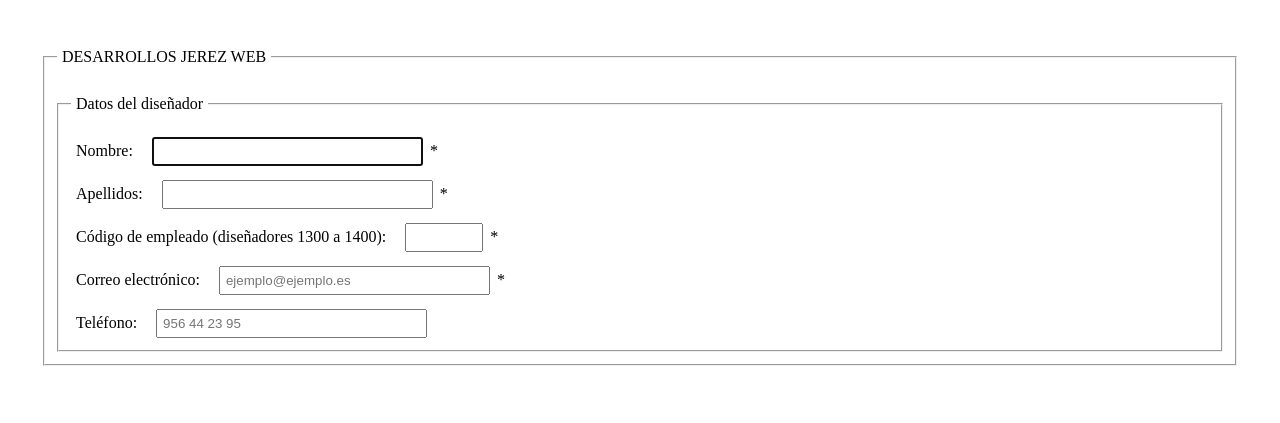
Repository: iSaan86/EV_Practica_FormularioCSS
Page: index.html
These files come from the project's save history. The page is drawn as it stood at one moment and after the next save; the edit follows.
The browser window is 1280 px wide. The pictures show the whole page.

Above is the page before, as saved 2024-01-11 16:44:59.

After the next save:
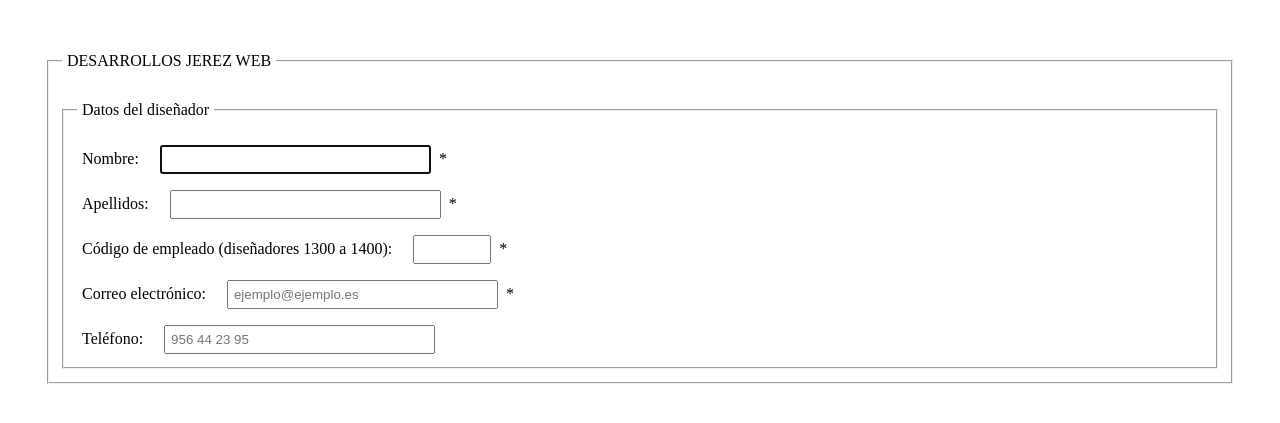
Saved 16 s later.
--- a/css/estilo.css
+++ b/css/estilo.css
@@ -3,5 +3,5 @@
 /* Para todo el html */
 *{
     padding: 5px;
-    margin:7px;
+    margin:8px;
 }
